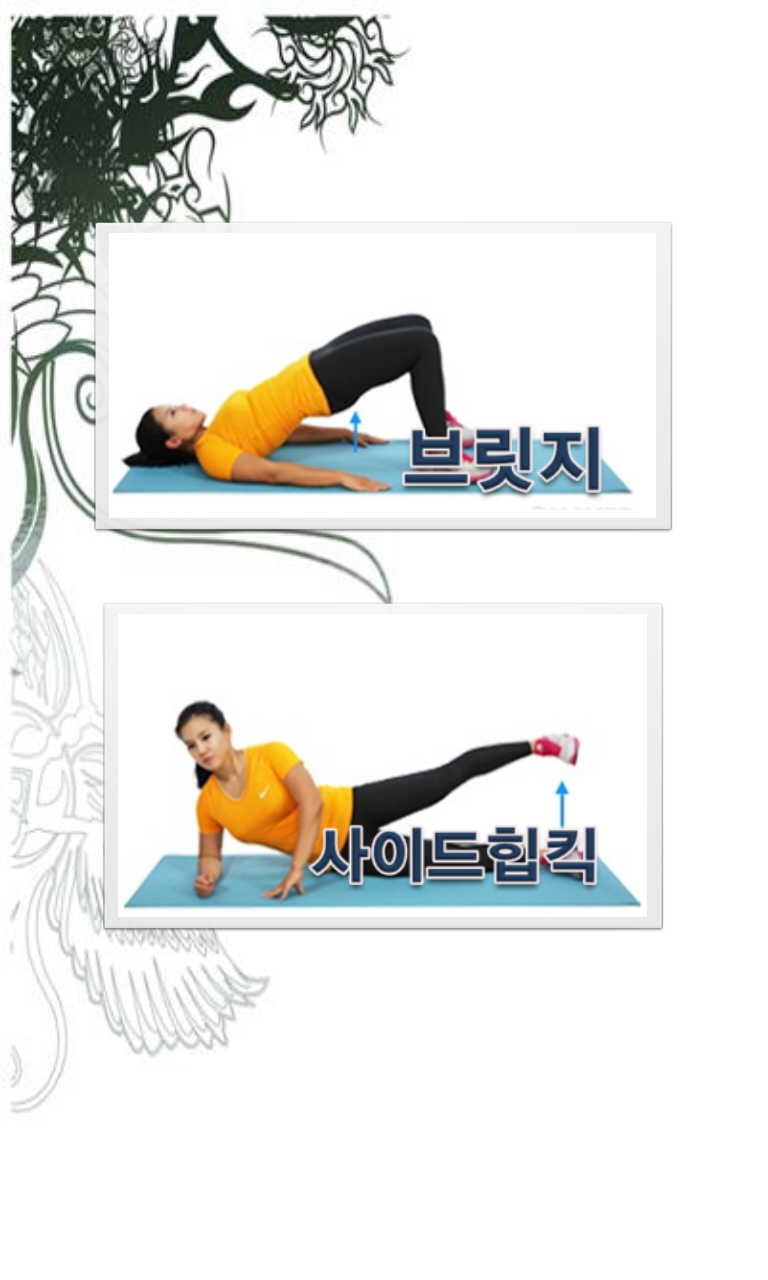
Repository: LewisLim579/2013TeamProject
Layout: PtsApp/res/layout/ha1.xml
The author's editor kept a copy of each file at every save. The layout is drawn from the files as they stood at one save, then again after the next save.
It is drawn on a 768 x 1280 px phone screen (xhdpi) without system bars, with theme android:Theme.NoTitleBar.Fullscreen; the app's code is not run.

Above is the layout before, as saved 2013-05-27 17:40:54.

### PtsApp/res/layout/ha1.xml
<LinearLayout xmlns:android="http://schemas.android.com/apk/res/android"
    android:layout_width="fill_parent"
    android:layout_height="fill_parent"
    android:background="@drawable/back"
    android:orientation="vertical"
     >

    <ImageButton
        android:id="@+id/imageButton1"
        android:layout_width="wrap_content"
        android:layout_height="wrap_content"
        android:src="@drawable/h1"
        android:layout_marginTop="110dp"
        android:layout_gravity="center" />

    <ImageButton
        android:id="@+id/imageButton2"
        android:layout_width="wrap_content"
        android:layout_height="wrap_content"
        android:layout_marginTop="30dp"
        android:src="@drawable/h2"
        android:layout_gravity="center" />



</LinearLayout>

After the next save:
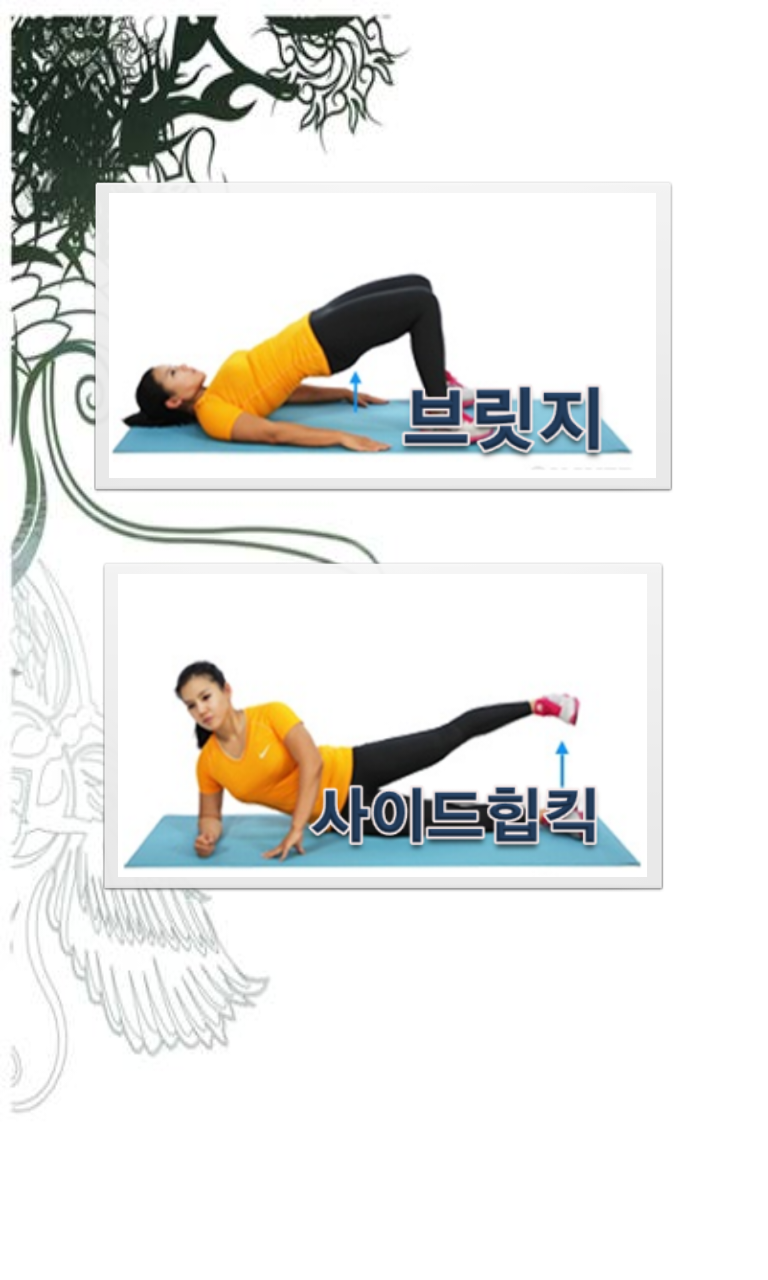
Saved 99 s later.
--- a/PtsApp/res/layout/ha1.xml
+++ b/PtsApp/res/layout/ha1.xml
@@ -10,7 +10,7 @@
         android:layout_width="wrap_content"
         android:layout_height="wrap_content"
         android:src="@drawable/h1"
-        android:layout_marginTop="110dp"
+        android:layout_marginTop="90dp"
         android:layout_gravity="center" />
 
     <ImageButton
